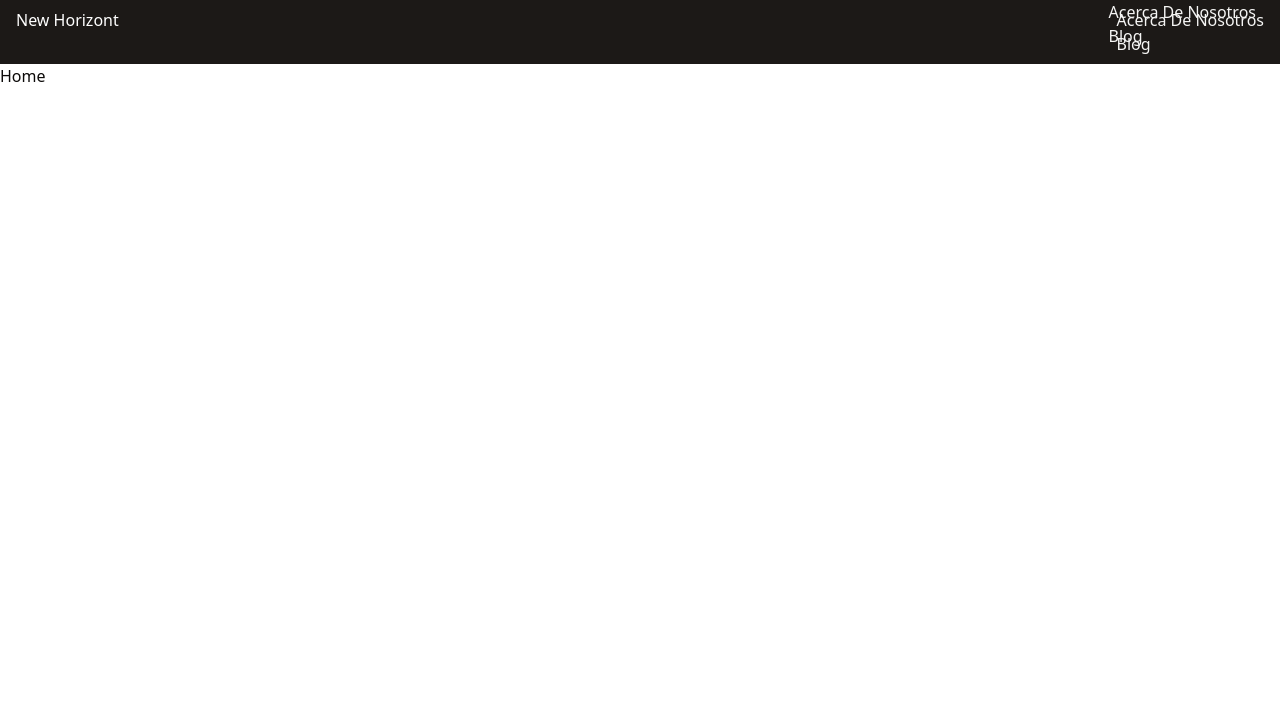
Repository: jefrydep/new-horizont-school
Page: /
The author's editor kept a copy of each file at every save. The page is drawn from the files as they stood at one save, then again after the next save.
The browser window is 1280 px wide. The pictures show the whole page.
The project was rebuilt for these pictures with package versions that can differ from the ones it lists, and the page was loaded fresh each time. The framework's server and built-in components were replaced by stand-ins that run in the browser. Also part of the build but not shown: next.config.ts.

Above is the page before, as saved 2024-11-07 18:10:21.

### src/app/layout.tsx
import type { Metadata } from "next";
import localFont from "next/font/local";
import "./globals.css";
import Navbar from "@/components/Navbar";
import { Button } from "@/components/ui/button";

const geistSans = localFont({
  src: "./fonts/GeistVF.woff",
  variable: "--font-geist-sans",
  weight: "100 900",
});
const geistMono = localFont({
  src: "./fonts/GeistMonoVF.woff",
  variable: "--font-geist-mono",
  weight: "100 900",
});

export const metadata: Metadata = {
  title: "Create Next App",
  description: "Generated by create next app",
};

export default function RootLayout({
  children,
}: Readonly<{
  children: React.ReactNode;
}>) {
  return (
    <html lang="en">
      <body
        className={`   ${geistSans.variable} ${geistMono.variable} antialiased`}
      >
        <Navbar />
        {children}
        <div className=" sm:hidden bg-white border flex justify-center py-3  absolute bottom-0 right-0 left-0">
          <Button className="bg-green-500">
            <span>w</span> Contacto
          </Button>
        </div>
        {/* <div className="absolute bg-red-400 bottom-0 left-1/2 transform -translate-x-1/2 mb-4">
          <Button>Contacto</Button>
        </div> */}
      </body>
    </html>
  );
}

### src/app/(new-horizont-school)/layout.tsx
// import type { Metadata } from "next";
// import localFont from "next/font/local";

import Navbar from "@/components/Navbar";

// const geistSans = localFont({
//   src: "./fonts/GeistVF.woff",
//   variable: "--font-geist-sans",
//   weight: "100 900",
// });
// const geistMono = localFont({
//   src: "./fonts/GeistMonoVF.woff",
//   variable: "--font-geist-mono",
//   weight: "100 900",
// });

// export const metadata: Metadata = {
//   title: "Create Next App",
//   description: "Generated by create next app",
// };

export default function SchoolLayout({
  children,
}: Readonly<{
  children: React.ReactNode;
}>) {
  return (
    <html lang="en">
      <body
      // className={`${geistSans.variable} ${geistMono.variable} antialiased`}
      >
        {children}
      </body>
    </html>
  );
}

### src/app/globals.css
@tailwind base;
@tailwind components;
@tailwind utilities;

/* :root {
  --background: #ffffff;
  --foreground: #171717;
}

@media (prefers-color-scheme: dark) {
  :root {
    --background: #0a0a0a;
    --foreground: #ededed;
  }
}

body {
  color: var(--foreground);
  background: var(--background);
  font-family: Arial, Helvetica, sans-serif;
} */
@layer base {
  :root {
    --background: 0 0% 100%;
    --foreground: 20 14.3% 4.1%;
    --card: 0 0% 100%;
    --card-foreground: 20 14.3% 4.1%;
    --popover: 0 0% 100%;
    --popover-foreground: 20 14.3% 4.1%;
    --primary: 24 9.8% 10%;
    --primary-foreground: 60 9.1% 97.8%;
    --secondary: 60 4.8% 95.9%;
    --secondary-foreground: 24 9.8% 10%;
    --muted: 60 4.8% 95.9%;
    --muted-foreground: 25 5.3% 44.7%;
    --accent: 60 4.8% 95.9%;
    --accent-foreground: 24 9.8% 10%;
    --destructive: 0 84.2% 60.2%;
    --destructive-foreground: 60 9.1% 97.8%;
    --border: 20 5.9% 90%;
    --input: 20 5.9% 90%;
    --ring: 20 14.3% 4.1%;
    --chart-1: 12 76% 61%;
    --chart-2: 173 58% 39%;
    --chart-3: 197 37% 24%;
    --chart-4: 43 74% 66%;
    --chart-5: 27 87% 67%;
    --radius: 0.5rem
  }
  .dark {
    --background: 20 14.3% 4.1%;
    --foreground: 60 9.1% 97.8%;
    --card: 20 14.3% 4.1%;
    --card-foreground: 60 9.1% 97.8%;
    --popover: 20 14.3% 4.1%;
    --popover-foreground: 60 9.1% 97.8%;
    --primary: 60 9.1% 97.8%;
    --primary-foreground: 24 9.8% 10%;
    --secondary: 12 6.5% 15.1%;
    --secondary-foreground: 60 9.1% 97.8%;
    --muted: 12 6.5% 15.1%;
    --muted-foreground: 24 5.4% 63.9%;
    --accent: 12 6.5% 15.1%;
    --accent-foreground: 60 9.1% 97.8%;
    --destructive: 0 62.8% 30.6%;
    --destructive-foreground: 60 9.1% 97.8%;
    --border: 12 6.5% 15.1%;
    --input: 12 6.5% 15.1%;
    --ring: 24 5.7% 82.9%;
    --chart-1: 220 70% 50%;
    --chart-2: 160 60% 45%;
    --chart-3: 30 80% 55%;
    --chart-4: 280 65% 60%;
    --chart-5: 340 75% 55%
  }
}
@layer base {
  * {
    @apply border-border;
  }
  body {
    @apply bg-background text-foreground;
  }
}

### src/components/Navbar.tsx
"use client";
import { Menu } from "lucide-react";
import Link from "next/link";

export default function Navbar() {
  return (
    <header className="bg-primary h-16">
      <div className="flex justify-between m-auto      container px-4 py-2  ">
        <div className="text-white">New Horizont</div>
        <nav className="outline-none hidden sm:block list-none">
          <li className="text-secondary">
            <Link href={"/about"}>Acerca De Nosotros</Link>
          </li>
          <li className="text-secondary">
            <Link href={"/blog"}>Blog</Link>
          </li>
        </nav>
        <nav className="outline-none absolute top-0 bottom-0 right-6   list-none">
          <li className="text-secondary">
            <Link href={"/about"}>Acerca De Nosotros</Link>
          </li>
          <li className="text-secondary">
            <Link href={"/blog"}>Blog</Link>
          </li>
        </nav>
        <div className="  sm:hidden">
          <Menu color="white" size={45} />
        </div>
        {/* <li className="text-secondary">
            <Link href={"/about"}>About</Link>
          </li> */}
      </div>
    </header>
  );
}

### src/components/ui/button.tsx
import * as React from "react"
import { Slot } from "@radix-ui/react-slot"
import { cva, type VariantProps } from "class-variance-authority"

import { cn } from "@/lib/utils"

const buttonVariants = cva(
  "inline-flex items-center justify-center gap-2 whitespace-nowrap rounded-md text-sm font-medium transition-colors focus-visible:outline-none focus-visible:ring-1 focus-visible:ring-ring disabled:pointer-events-none disabled:opacity-50 [&_svg]:pointer-events-none [&_svg]:size-4 [&_svg]:shrink-0",
  {
    variants: {
      variant: {
        default:
          "bg-primary text-primary-foreground shadow hover:bg-primary/90",
        destructive:
          "bg-destructive text-destructive-foreground shadow-sm hover:bg-destructive/90",
        outline:
          "border border-input bg-background shadow-sm hover:bg-accent hover:text-accent-foreground",
        secondary:
          "bg-secondary text-secondary-foreground shadow-sm hover:bg-secondary/80",
        ghost: "hover:bg-accent hover:text-accent-foreground",
        link: "text-primary underline-offset-4 hover:underline",
      },
      size: {
        default: "h-9 px-4 py-2",
        sm: "h-8 rounded-md px-3 text-xs",
        lg: "h-10 rounded-md px-8",
        icon: "h-9 w-9",
      },
    },
    defaultVariants: {
      variant: "default",
      size: "default",
    },
  }
)

export interface ButtonProps
  extends React.ButtonHTMLAttributes<HTMLButtonElement>,
    VariantProps<typeof buttonVariants> {
  asChild?: boolean
}

const Button = React.forwardRef<HTMLButtonElement, ButtonProps>(
  ({ className, variant, size, asChild = false, ...props }, ref) => {
    const Comp = asChild ? Slot : "button"
    return (
      <Comp
        className={cn(buttonVariants({ variant, size, className }))}
        ref={ref}
        {...props}
      />
    )
  }
)
Button.displayName = "Button"

export { Button, buttonVariants }

Loaded but not shown: src/app/(new-horizont-school)/page.tsx (common file); src/lib/utils.ts (common file); tailwind.config.ts (common file)

After the next save:
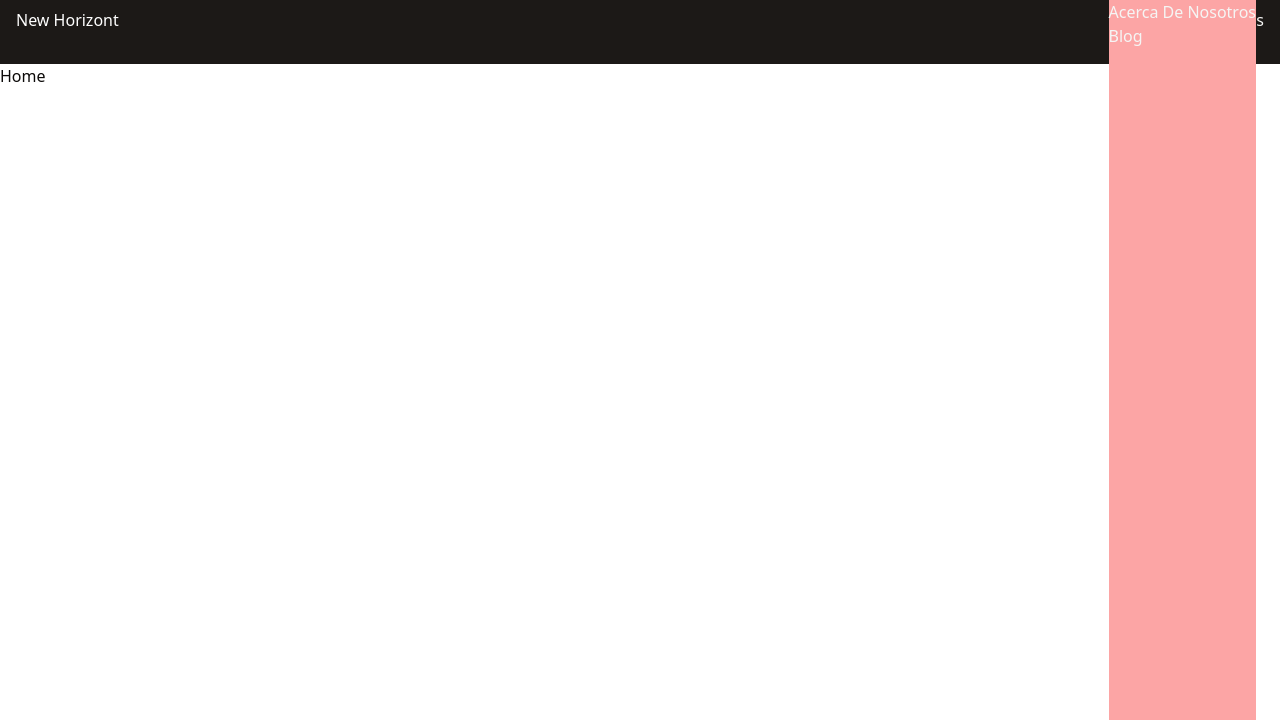
Saved 25 s later.
--- a/src/components/Navbar.tsx
+++ b/src/components/Navbar.tsx
@@ -15,7 +15,7 @@ export default function Navbar() {
             <Link href={"/blog"}>Blog</Link>
           </li>
         </nav>
-        <nav className="outline-none absolute top-0 bottom-0 right-6   list-none">
+        <nav className="outline-none absolute top-0 bottom-0 right-6  bg-red-300  list-none">
           <li className="text-secondary">
             <Link href={"/about"}>Acerca De Nosotros</Link>
           </li>
